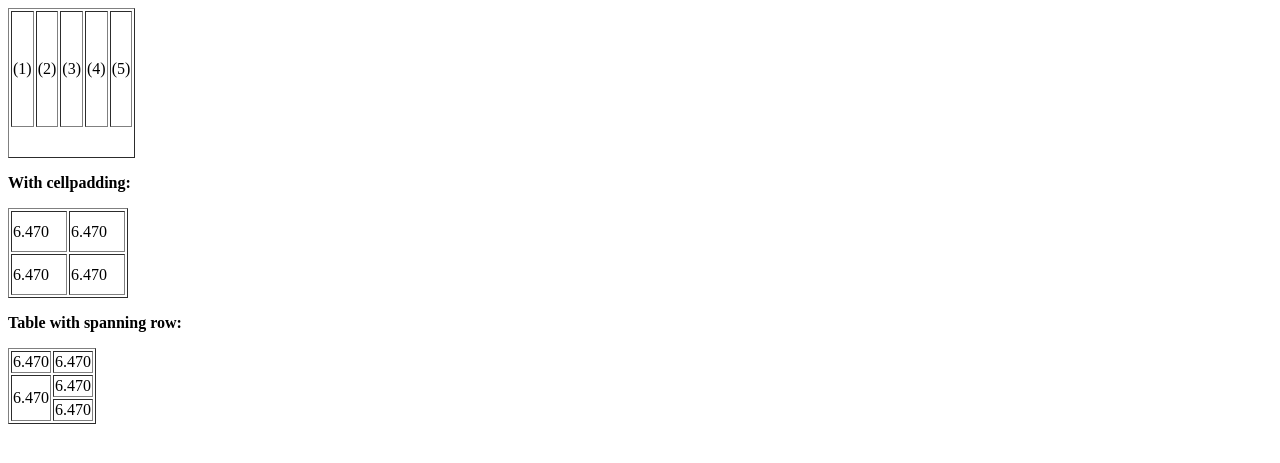
Repository: PhamChiXuan1/HTCNW_tuan3_DHCNTT16C_PhamChiXuan_20030131
Page: bt6b.html
An editor plug-in stored every save of this project. The page is shown before and after the next save, followed by the edit.
The browser window is 1280 px wide. The pictures show the whole page.

Above is the page before, as saved 2022-02-26 22:47:46.

After the next save:
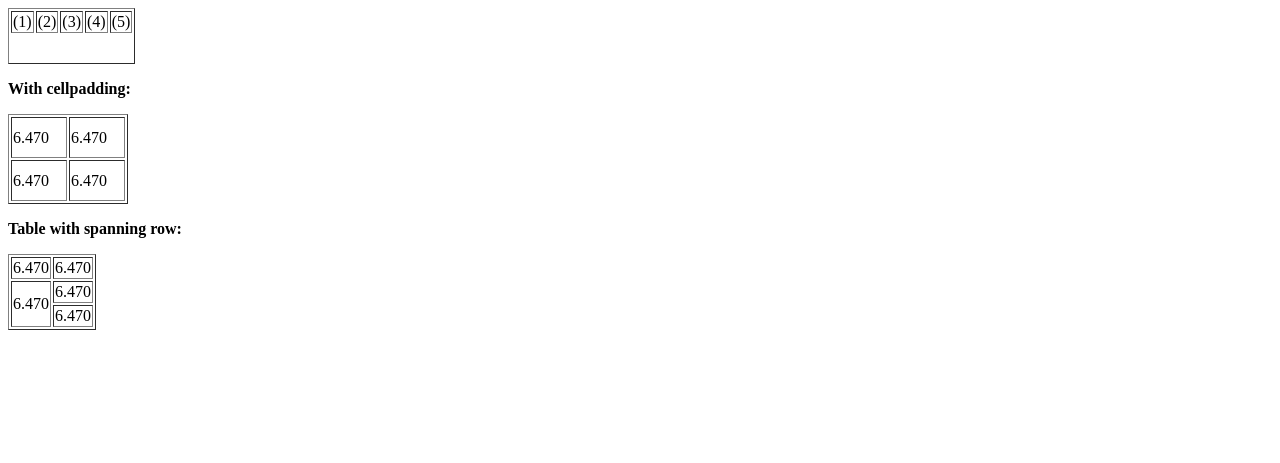
Saved 12 s later.
--- a/bt6b.html
+++ b/bt6b.html
@@ -7,7 +7,7 @@
     <title>Document</title>
 </head>
 <body>
-    <table border="1" width="30px" height="150">
+    <table border="1" width="30px" height="30">
         <tr>
             <td>(1)</td>
         <td>(2)</td>
